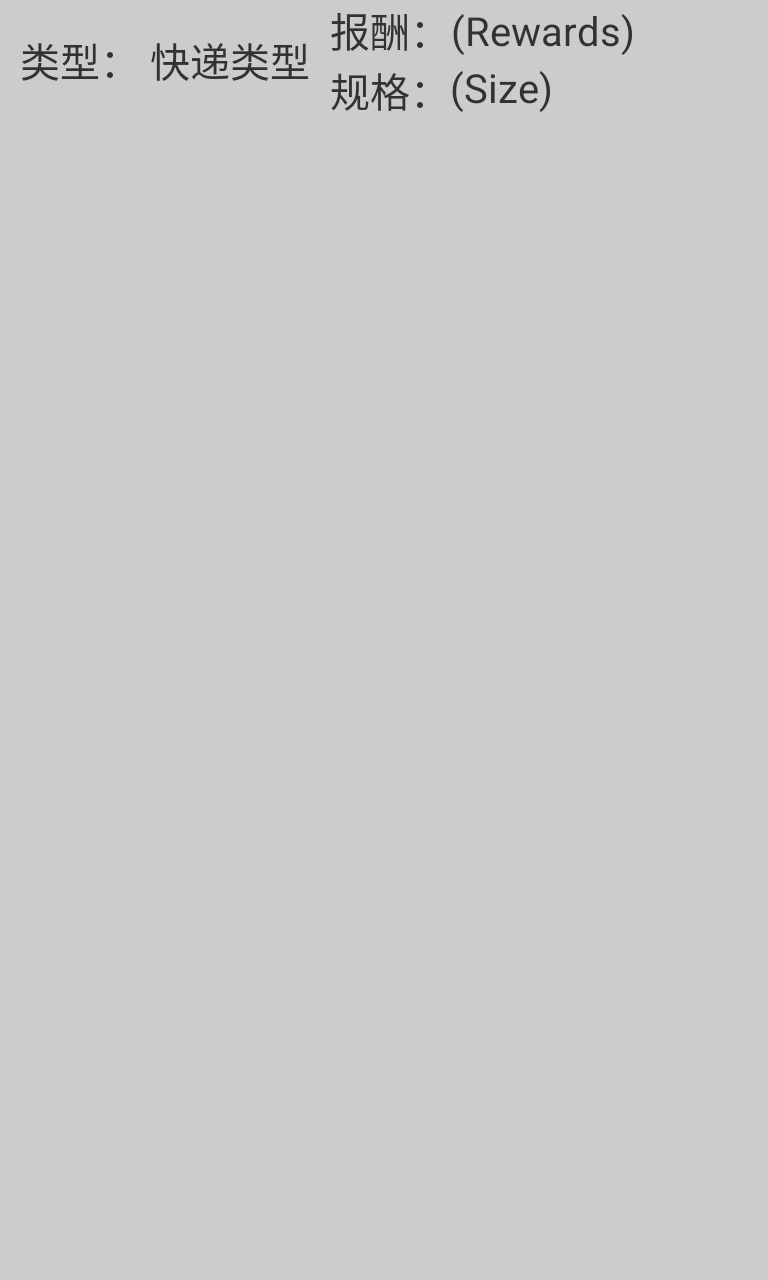
Repository: fariashen/campus-express
Layout: easyCourier/res/layout/item_request.xml
The author's editor kept a copy of each file at every save. The layout is drawn from the files as they stood at one save, then again after the next save.
It is drawn on a 768 x 1280 px phone screen (xhdpi) without system bars, with theme AppTheme; the app's code is not run. The app's manifest (not shown) leaves right-to-left support off. So textAlignment, textDirection and layoutDirection are ignored, and left and right values win over start and end ones.

Above is the layout before, as saved 2016-04-25 09:19:59.

After the next save:
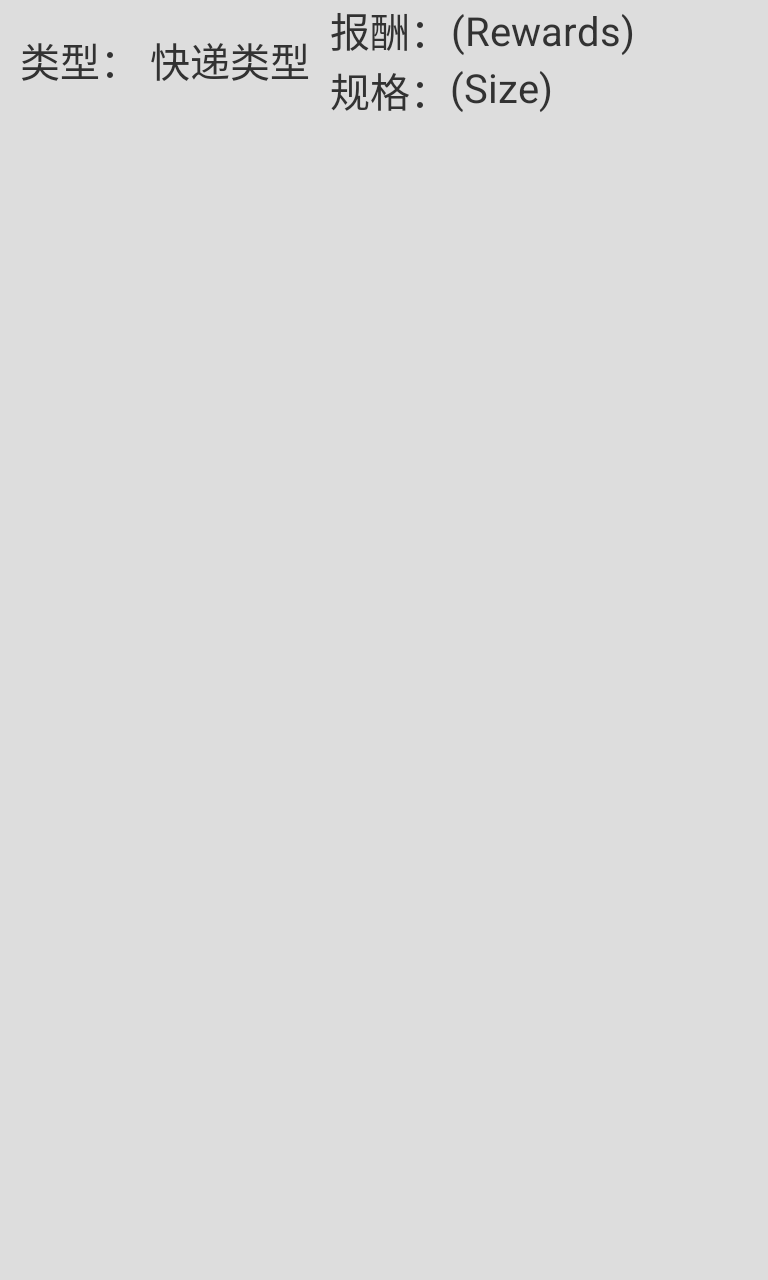
Saved 7 s later.
--- a/easyCourier/res/layout/item_request.xml
+++ b/easyCourier/res/layout/item_request.xml
@@ -2,7 +2,7 @@
 <RelativeLayout xmlns:android="http://schemas.android.com/apk/res/android"
     android:layout_width="match_parent"
     android:layout_height="wrap_content"
-    style="@style/bg_line"
+    style="@style/common_vertical_division_line_style"
     android:orientation="vertical"
     android:paddingBottom="20dp"
     android:layout_marginTop="10dp" >
